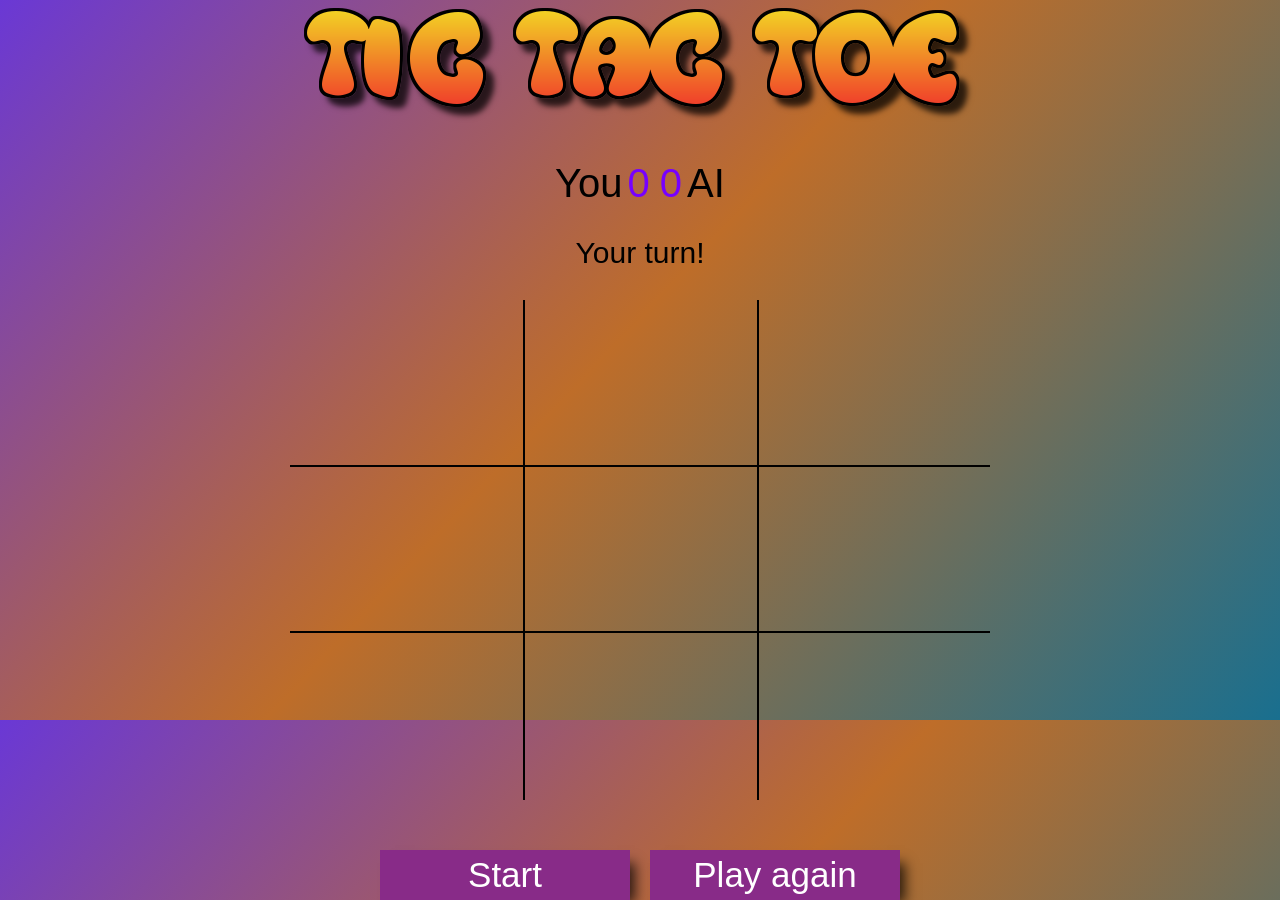
Repository: malx9/Project--5---Tic-Tac-Toe-with-AI
Page: index.html
The author's editor kept a copy of each file at every save. The page is drawn from the files as they stood at one save, then again after the next save.
The browser window is 1280 px wide. The pictures show the whole page.
Some web fonts or font styles are not loaded; a fallback is used.

Above is the page before, as saved 2023-12-25 18:08:50.

After the next save:
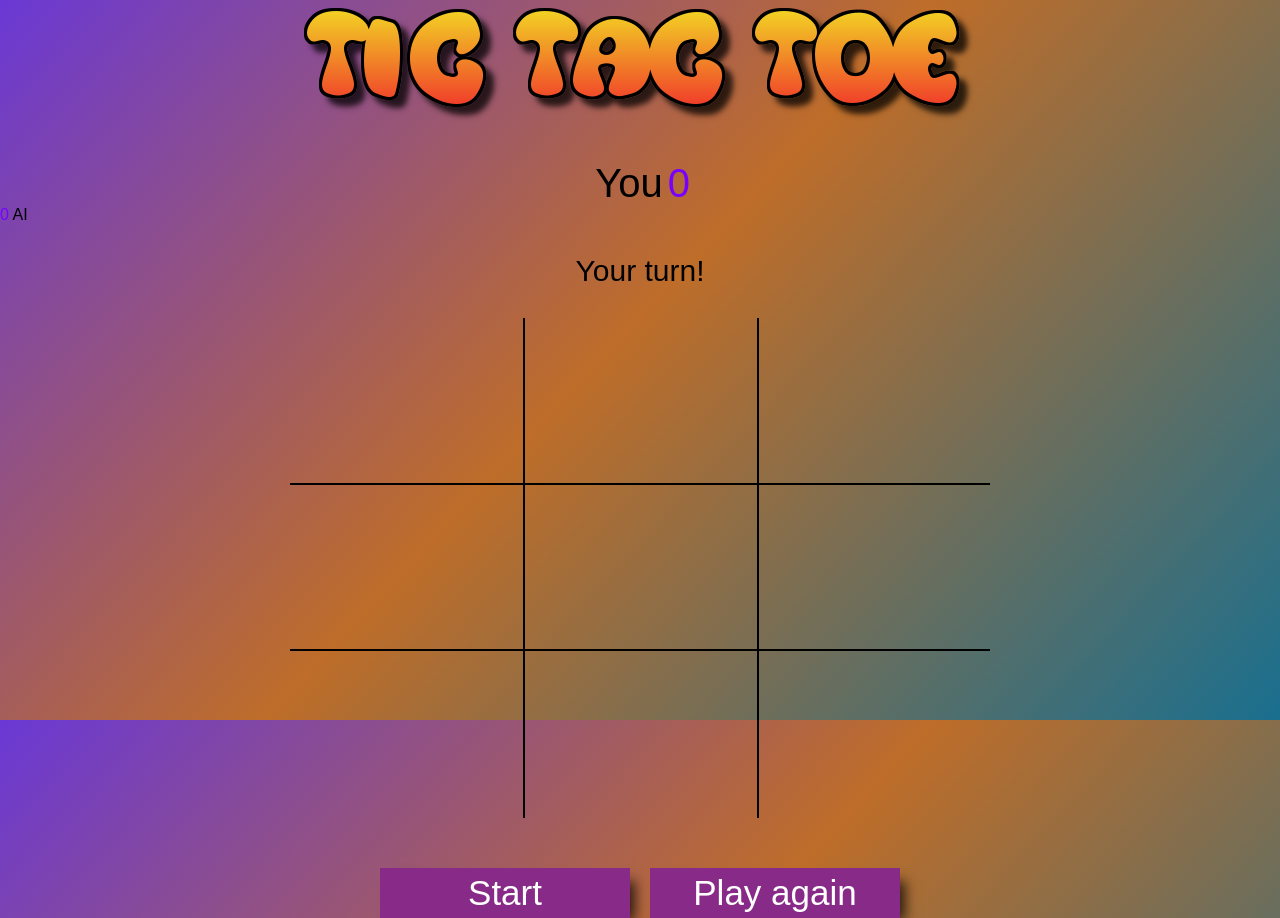
Saved 40 s later.
--- a/index.html
+++ b/index.html
@@ -12,8 +12,10 @@
     </header>
     <main>
       <div class="scoreboard">
+        <div class="scoreboard__human"></div>
         <span class="scoreboard__players">You</span>
         <span class="scoreboard__score">0</span>
+      </div>
         <span></span>
         <span class="scoreboard__score">0</span>
         <span class="scoreboard__players">AI</span>
